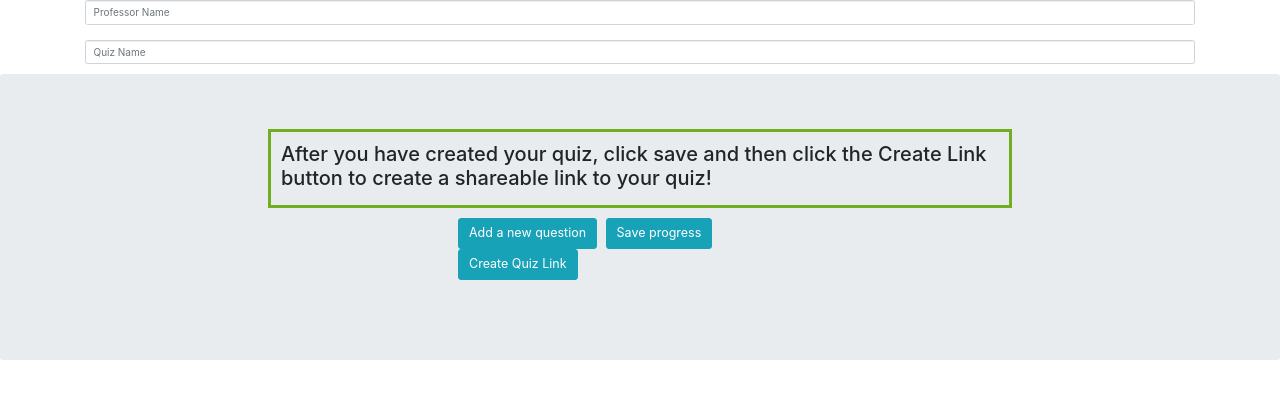
Repository: phillipdacosta/QuizemsNew
Page: /#/home
An editor plug-in stored every save of this project. The page is shown before and after the next save, followed by the edit.
The browser window is 1280 px wide. The pictures show the whole page.
Some web libraries are served in a nearby version. The project was rebuilt for these pictures with package versions that can differ from the ones it lists, and the page was loaded fresh each time. Also part of the build but not shown: angular.json, src/app/quiz/quiz.component.ts, src/app/about/about.component.ts, src/app/student/student.component.ts, src/app/questions/questions.component.ts, src/app/question-display/question-display.component.ts, src/app/timer/timer.component.ts.

Above is the page before, as saved 2019-06-30 16:42:23.

After the next save:
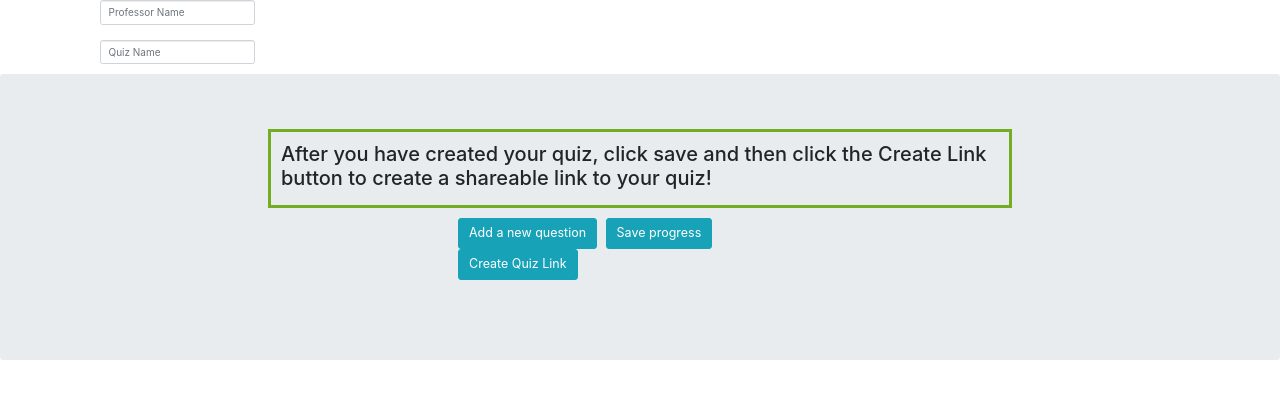
Saved 77 s later.
--- a/src/app/professor/professor.component.html
+++ b/src/app/professor/professor.component.html
@@ -13,14 +13,16 @@
 
 <div class="container">
 
+  <div class = "col-xs-2">
+
     <div class="form-group ">
-        <input type="password" class="form-control input-sm" id="exampleInputPassword1" placeholder="Professor Name">
+        <input type="password" class="form-control " id="exampleInputPassword1" placeholder="Professor Name">
         <br>
 
         <input type="password" class="form-control" id="exampleInputPassword1" placeholder="Quiz Name">
 
       </div>
-
+    </div>
 
   <!-- The Modal -->
   <div class="modal" id="myModal">
